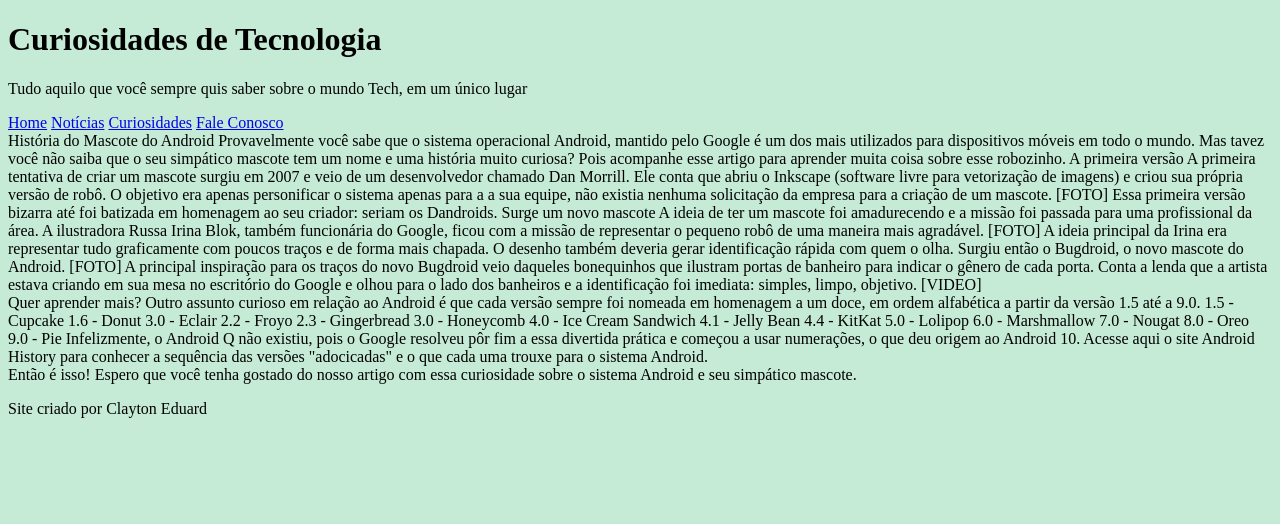
Repository: ClaytonEduard/cursoemvideo
Page: html-css/desafios/d010/android.html
The author's editor kept a copy of each file at every save. The page is drawn from the files as they stood at one save, then again after the next save.
The browser window is 1280 px wide. The pictures show the whole page.

Above is the page before, as saved 2022-12-02 09:06:15.

### html-css/desafios/d010/android.html
<!DOCTYPE html>
<html lang="pt-br">

<head>
    <meta charset="UTF-8">
    <meta http-equiv="X-UA-Compatible" content="IE=edge">
    <meta name="viewport" content="width=device-width, initial-scale=1.0">
    <title>Como surgiu o mascote do Android?</title>
    <link rel="shortcut icon" href="imagens/favicon.ico" type="image/x-icon">
    <link rel="stylesheet" href="estilo/style.css">
</head>

<body>
    <header>
        <h1>Curiosidades de Tecnologia</h1>
        <p>Tudo aquilo que você sempre quis saber sobre o mundo Tech, em um único lugar</p>
    </header>
    <nav>
        <a href="#">Home</a>
        <a href="#">Notícias</a>
        <a href="#">Curiosidades</a>
        <a href="#">Fale Conosco</a>
    </nav>
    <main>
        <article>
            História do Mascote do Android

            Provavelmente você sabe que o sistema operacional Android, mantido pelo Google é um dos mais utilizados para
            dispositivos móveis em todo o mundo. Mas tavez você não saiba que o seu simpático mascote tem um nome e uma
            história muito curiosa? Pois acompanhe esse artigo para aprender muita coisa sobre esse robozinho.

            A primeira versão

            A primeira tentativa de criar um mascote surgiu em 2007 e veio de um desenvolvedor chamado Dan Morrill. Ele
            conta que abriu o Inkscape (software livre para vetorização de imagens) e criou sua própria versão de robô.
            O objetivo era apenas personificar o sistema apenas para a a sua equipe, não existia nenhuma solicitação da
            empresa para a criação de um mascote.

            [FOTO]

            Essa primeira versão bizarra até foi batizada em homenagem ao seu criador: seriam os Dandroids.

            Surge um novo mascote

            A ideia de ter um mascote foi amadurecendo e a missão foi passada para uma profissional da área. A
            ilustradora Russa Irina Blok, também funcionária do Google, ficou com a missão de representar o pequeno robô
            de uma maneira mais agradável.

            [FOTO]

            A ideia principal da Irina era representar tudo graficamente com poucos traços e de forma mais chapada. O
            desenho também deveria gerar identificação rápida com quem o olha. Surgiu então o Bugdroid, o novo mascote
            do Android.

            [FOTO]

            A principal inspiração para os traços do novo Bugdroid veio daqueles bonequinhos que ilustram portas de
            banheiro para indicar o gênero de cada porta. Conta a lenda que a artista estava criando em sua mesa no
            escritório do Google e olhou para o lado dos banheiros e a identificação foi imediata: simples, limpo,
            objetivo.

            [VIDEO]

           <aside>
               Quer aprender mais?
                Outro assunto curioso em relação ao Android é que cada versão sempre foi nomeada em homenagem a um doce, em
                ordem alfabética a partir da versão 1.5 até a 9.0.
                1.5 - Cupcake
                1.6 - Donut
                3.0 - Eclair
                2.2 - Froyo
                2.3 - Gingerbread
                3.0 - Honeycomb
                4.0 - Ice Cream Sandwich
                4.1 - Jelly Bean
                4.4 - KitKat
                5.0 - Lolipop
                6.0 - Marshmallow
                7.0 - Nougat
                8.0 - Oreo
                9.0 - Pie
                Infelizmente, o Android Q não existiu, pois o Google resolveu pôr fim a essa divertida prática e começou a
                usar numerações, o que deu origem ao Android 10.
                Acesse aqui o site Android History para conhecer a sequência das versões "adocicadas" e o que cada uma
                trouxe para o sistema Android.
           </aside>


            Então é isso! Espero que você tenha gostado do nosso artigo com essa curiosidade sobre o sistema Android e
            seu simpático mascote.
        </article>
    </main>
    <footer>
        <p>Site criado por Clayton Eduard</p>
    </footer>
</body>

</html>

### html-css/desafios/d010/estilo/style.css
@charset "UTF-8";

body{
    background-color: #c5ebd6;
}

After the next save:
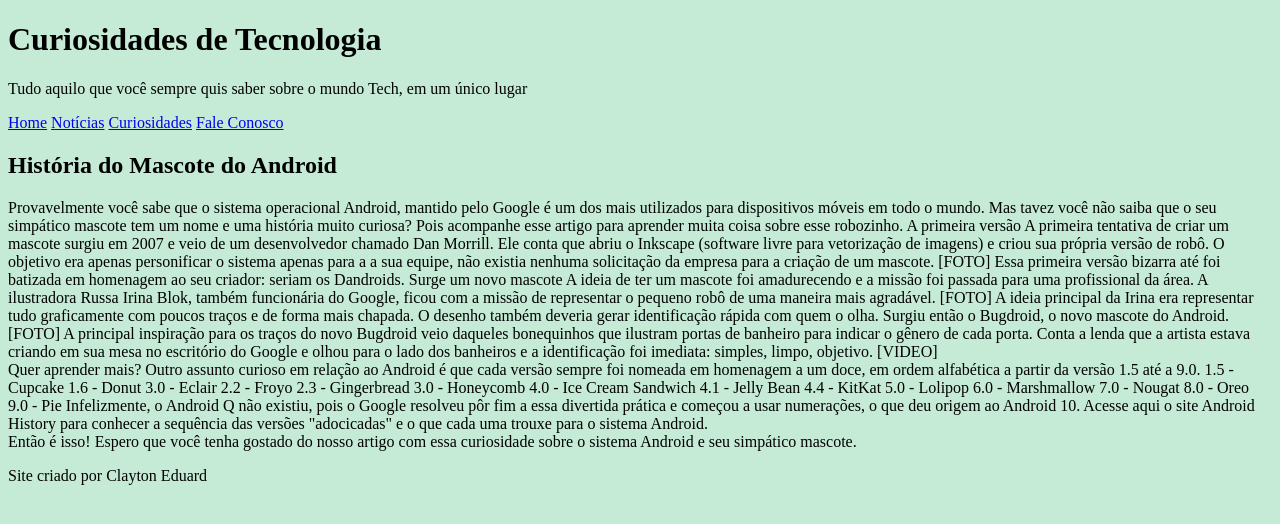
Saved 9 h 21 min later.
--- a/html-css/desafios/d010/android.html
+++ b/html-css/desafios/d010/android.html
@@ -23,7 +23,7 @@
     </nav>
     <main>
         <article>
-            História do Mascote do Android
+            <h1>História do Mascote do Android</h1>
 
             Provavelmente você sabe que o sistema operacional Android, mantido pelo Google é um dos mais utilizados para
             dispositivos móveis em todo o mundo. Mas tavez você não saiba que o seu simpático mascote tem um nome e uma
